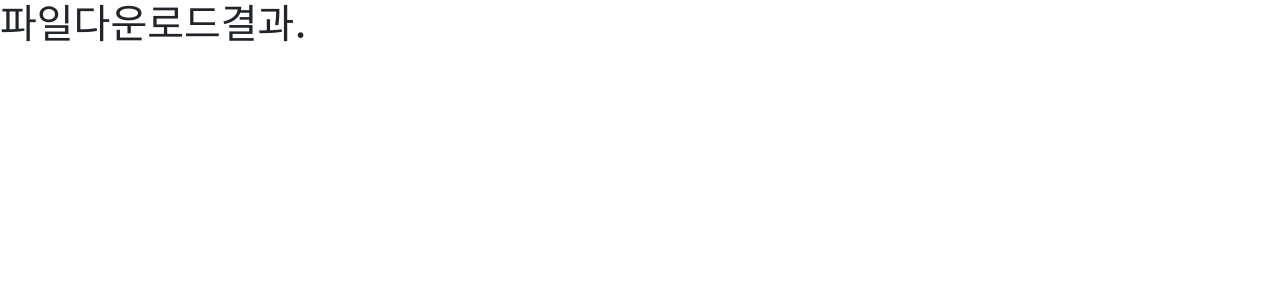
Repository: NoChanJong/JSP
Page: http://localhost/jsp05_file/jsp07_filedownload.jsp
The author's editor kept a copy of each file at every save. The page is drawn from the files as they stood at one save, then again after the next save.
The browser window is 1280 px wide. The pictures show the whole page.
The page is served by Tomcat 9.

Above is the page before, as saved 2023-05-19 04:15:04.
Console error (its wording comes from the project's code and is left out).

After the next save:
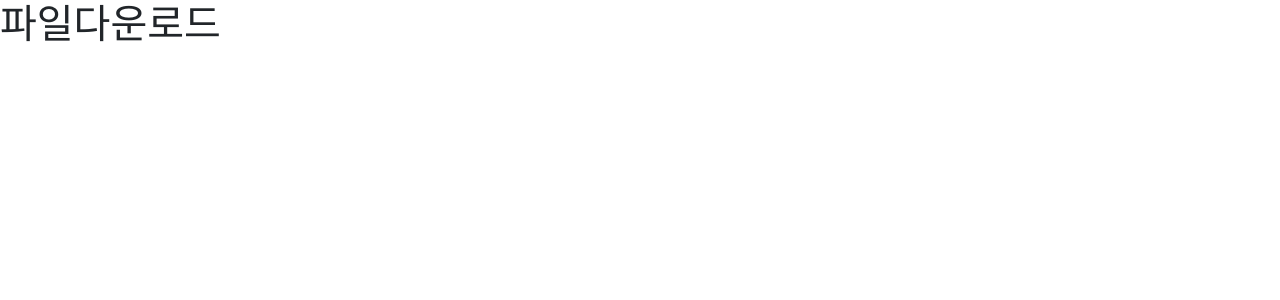
Saved 7 s later.
--- a/jsp05_file/WebContent/jsp07_filedownload.jsp
+++ b/jsp05_file/WebContent/jsp07_filedownload.jsp
@@ -9,6 +9,6 @@
 <title>Insert title here</title>
 </head>
 <body>
-	<h1>파일다운로드결과.</h1>
+	<h1>파일다운로드</h1>
 </body>
 </html>
